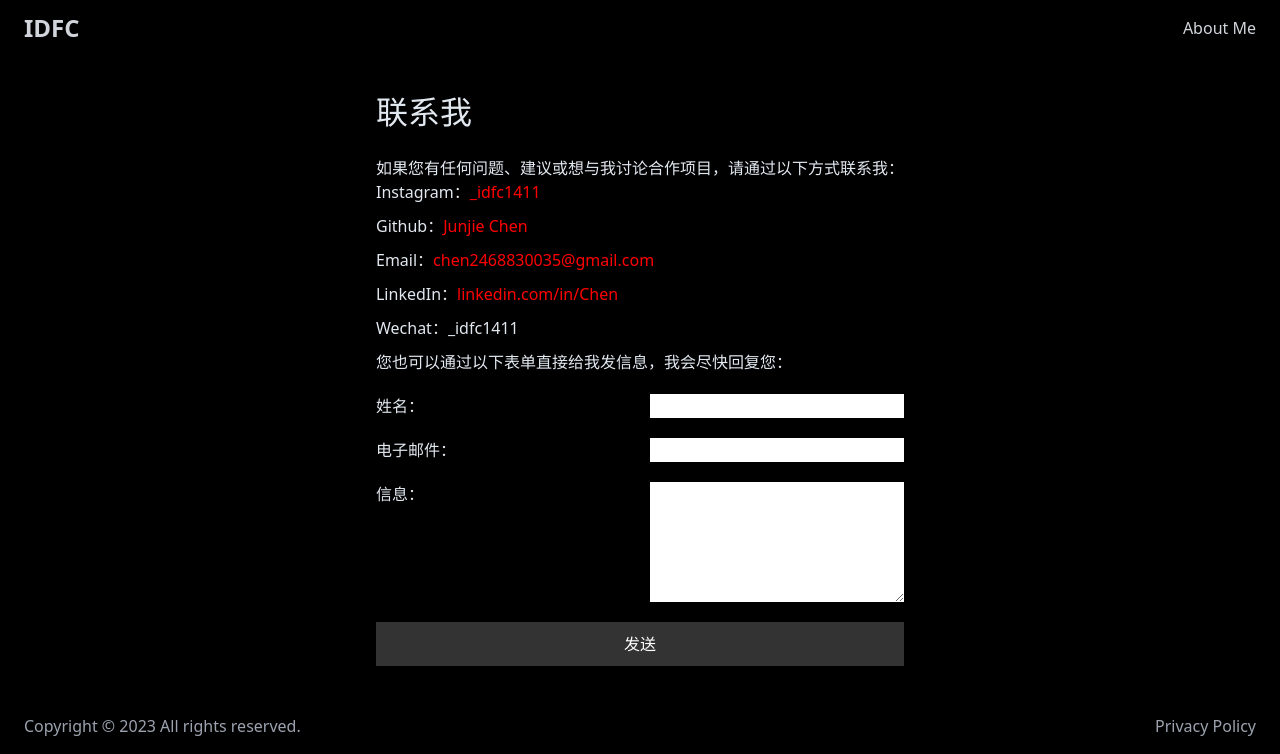
Repository: skybainiao/HackerStarter
Page: htmlFile/me.html
These files come from the project's save history. The page is drawn as it stood at one moment and after the next save; the edit follows.
The browser window is 1280 px wide. The pictures show the whole page.

Above is the page before, as saved 2023-04-09 15:06:06.

After the next save:
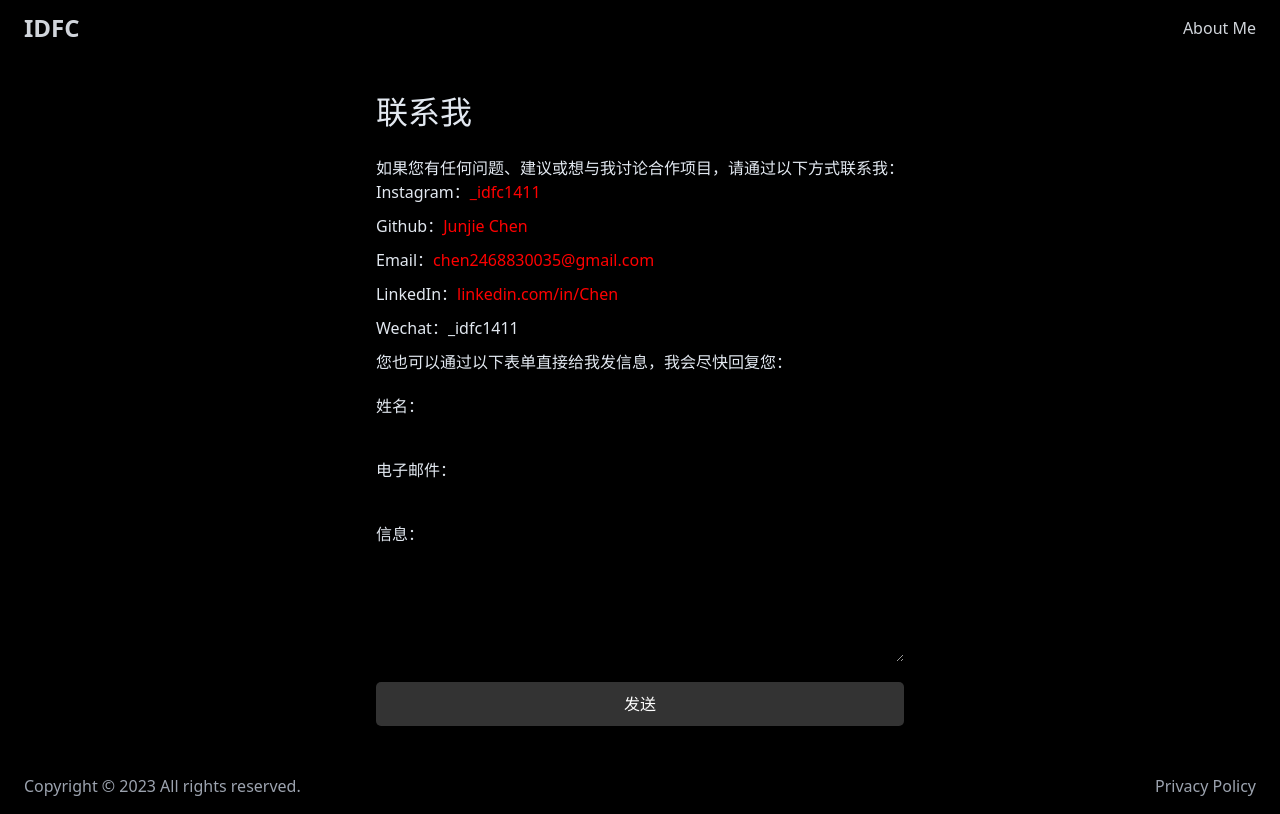
Saved 2 min 44 s later.
--- a/htmlFile/me.html
+++ b/htmlFile/me.html
@@ -116,6 +116,21 @@
 .contact-me form input[type="submit"]:hover {
     background-color: #444;
 }
+
+.contact-me form input,
+.contact-me form textarea {
+    background-color: #000;
+    color: #fff;
+    border: none;
+    border-radius: 5px;
+    padding: 10px;
+}
+
+.contact-me form input:focus,
+.contact-me form textarea:focus {
+    outline: none;
+    box-shadow: 0 0 5px rgba(81, 203, 238, 1);
+}
   </style>
 
 
